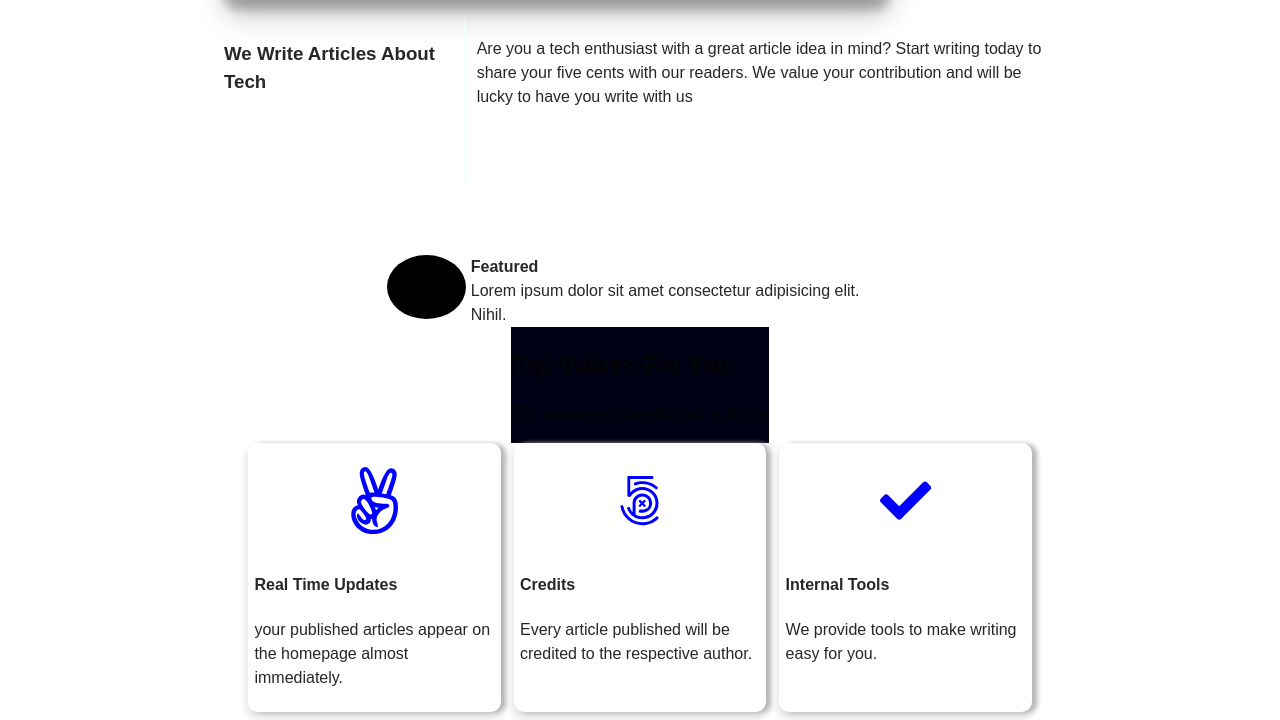
Repository: ValGrace/-static-site
Page: / (app in client/)
An editor plug-in stored every save of this project. The page is shown before and after the next save, followed by the edit.
The browser window is 1280 px wide. The pictures show the part of the page from y = 664 to 1409 px (the page is 1384 px tall before and 1409 px after).
The project was rebuilt for these pictures with package versions that can differ from the ones it lists, and the page was loaded fresh each time. Also part of the build but not shown: client/vite.config.js, client/src/Components/Login.jsx, client/src/Components/Signup.jsx, client/src/Pages/aboutPage.jsx, client/src/Pages/Articles.jsx.

Above is the page before, as saved 2023-07-01 13:26:54.

### client/index.html
<!DOCTYPE html>
<html lang="en">
  <head>
    <meta charset="UTF-8" />
    <link rel="icon" type="image/svg+xml" href="/vite.svg" />
    <meta name="viewport" content="width=device-width, initial-scale=1.0" />
    <title>Static Site Generator</title>

  </head>
  <body>
    <div id="root"></div>
    <script type="module" src="/src/main.jsx"></script>
  </body>
</html>

### client/src/main.jsx
import React from 'react'
import ReactDOM from 'react-dom/client'
import App from './App'
import './index.css'
import { BrowserRouter } from 'react-router-dom'
ReactDOM.createRoot(document.getElementById('root')).render(
  <React.StrictMode>
    <BrowserRouter>
    <App />
    </BrowserRouter>
  </React.StrictMode>,
)

### client/src/App.jsx
import PageRouter from './Routing/PageRouter'
import './App.css'


function App() {

  return (
    <div className="App">
      <PageRouter />
    </div>
  )
}

export default App

### client/src/index.css
:root {
  font-family: 'Acme', sans-serif;
  line-height: 1.5;
  font-weight: 400;

  color-scheme: light dark;
  color: rgba(7, 7, 7, 0.87);
  background-color: #ffffff;

  font-synthesis: none;
  text-rendering: optimizeLegibility;
  -webkit-font-smoothing: antialiased;
  -moz-osx-font-smoothing: grayscale;
  -webkit-text-size-adjust: 100%;
}

/* a {
  font-weight: 500;
  color: #646cff;
  text-decoration: inherit;
}
a:hover {
  color: #535bf2;
}

body {
  margin: 0;
  display: flex;
  place-items: center;
  min-width: 320px;
  min-height: 100vh;
}

h1 {
  font-size: 3.2em;
  line-height: 1.1;
}

button {
  border-radius: 8px;
  border: 1px solid transparent;
  padding: 0.6em 1.2em;
  font-size: 1em;
  font-weight: 500;
  font-family: inherit;
  background-color: #1a1a1a;
  cursor: pointer;
  transition: border-color 0.25s;
}
button:hover {
  border-color: #646cff;
}
button:focus,
button:focus-visible {
  outline: 4px auto -webkit-focus-ring-color;
}

@media (prefers-color-scheme: light) {
  :root {
    color: #213547;
    background-color: #ffffff;
  }
  a:hover {
    color: #747bff;
  }
  button {
    background-color: #f9f9f9;
  }
} */

### client/src/Routing/PageRouter.jsx
import Dashboard from "../Pages/Dashboard";
import HomePage from "../Pages/HomePage";
import { Routes, Route} from "react-router-dom"
import AboutPage from "../Pages/aboutPage";
import Articles from "../Pages/Articles";
const PageRouter = () => {
    return (
        <Routes>
            <Route exact path="/" element={ <HomePage />}/>
            <Route path="/login" element={ <Dashboard />}/>
            <Route path="/about" element={<AboutPage />} />
            <Route path="/articles" element={<Articles />} />

        </Routes>
    )
}

export default PageRouter

### client/src/App.css
.App {
  display: flex;
  flex-direction: column;
  justify-content: center;
  align-items: center;
}

### client/src/Pages/Dashboard.jsx
import React, { useReducer, useState} from 'react'
import Login from '../Components/Login'
import Signup from '../Components/Signup'
import "../Components/Inputs.css"
import { Link, useNavigate } from 'react-router-dom'
// import { useAuth } from '../Context/UserContext'
import { account } from '../Utils/appwrite'
const initialState = {page : <Login />}
function reducer(state, action) {
    switch(action.type) {
        case 'loginpage':
          return { page: <Login />}
        case 'signuppage':
            return { page: <Signup />}
        default:
            return { page: <h2>Loading....</h2>}
    }
}
const Dashboard = () => {
    const [state, dispatch] = useReducer(reducer, initialState)

    const [ error, setError] = useState('')
    const navigate = useNavigate()
    const ghostLogin = async() => {
        try {
            setError('')
            await account.createAnonymousSession();
            navigate("/")
        }
        catch {
             setError("Failed to Create anonymous account")
        }
    }
    return (
        <div className='dashboard'>
         <h2>Static Site Generator</h2>
         <div>Static site Image</div>
      <div className='dash' id='dash'>
            <div className='toggleForms'>
                <button onClick={() => dispatch({type: 'loginpage'})} className="type-btn">Login</button>
                <button onClick={() => dispatch({type: 'signuppage'})} className="type-btn">Signup</button>
                </div>
            <React.Fragment>{state.page}</React.Fragment>

            <button id="auth-btns" onClick={ghostLogin}>Login with Ghost account</button>
            <h5>{error}</h5>
         </div>
         <Link to="/home">Home</Link>
       </div>
    )
}

export default Dashboard

### client/src/Pages/HomePage.jsx
import { useState, useEffect } from "react"
import Navbar from "../Components/Navbar"

import HomeSection from "../Components/HomeSection"
import TopSection from "../Components/TopSection"
import { HomeContext } from "../MdFiles/MdFileContext"

const HomePage = () => {
    const [markdown, setMarkdown] = useState(HomeContext)
    // useEffect(() => {
    //     fetch(HomeContext)
    //        .then((res) => res.text())
    //        .then((text) => setMarkdown(text))
    // })
    const [editor, setEditor] = useState(false)
    const editMdFile =(event) => {
        setMarkdown(event.target.value)

    }

    const viewEditor = () => {
       setEditor(true)
    }

    // const submitForm = () => {
    //     fetch("http://localhost:8080/save", {
    //         method: "POST",
    //         headers: {
    //             "Content-Type": "application/json",
    //         },
    //         body: markdown
    //     })
    // }
    return (
        <>
         <Navbar />
         <TopSection />
         <HomeSection />
         <button onClick={viewEditor} className="btn-edit">Edit</button>
         {editor &&
         <form className="md-edit" method="post" action="/articles/" >
            <textarea value={markdown} onChange={editMdFile} name="md"/>
            {/* <ReactMarkdown>`${markdown}`</ReactMarkdown>  */}
            <div className="md-btns">
                <button id="md-btn" onClick={() => setEditor(false)}>Cancel</button>
                <input type="submit" id="md-btn" value="save" />
            </div>
         </form>
}
        </>
    )
}

export default HomePage

### client/src/Components/Inputs.css
form, #dash {
    width: 80vw;
}
.signupForm, .dash, .dashboard {
   display: flex;
   flex-direction: column;
   justify-content: center;
   align-items: center;
   gap: 0.8em;
}

input, button {
    width: 80%;
    height: 3em;
    background-color: transparent;
    color: black;
}

#sign {
   width: 40vw;
}

.toggleForms {
    display: grid;
    grid-template-columns: 50% 50%;
    gap: 0.4em;
    justify-content: center;
    align-items: center;
}

#inptitle, .article-icons{
   width: 100%;
   border: 0.5px solid rgb(199, 199, 199);
   border-radius: 0.7%;

}

.article-icons {
    width: 79.9vw;
    height: 3em;
    display: flex;
    flex-direction: row;
    align-items: center;
    gap: 0.5em;
}

.article-area {
   margin-top: 0;
   display: flex;
   flex-direction: column;
   height: 90vh;

}

.type-btn {
    background-color: rgb(2, 2, 133);
    border: none;
    width: 20vw;
    border-radius: 8px;
    text-transform: uppercase;
    color: aliceblue;
    font-weight: 700;
}

.type-btn:hover {
   background-color: rgb(1, 1, 22);
}

#auth-btns {
    text-transform: uppercase;
    font-weight: 700;
}

select, option {
    border: 0.08em solid black;
    background-color: transparent;
    font-weight: 500;
    padding: 0.2rem;
}

input[type=file] {
   display: none;
}

label {
    cursor: pointer;
}

### client/src/Utils/appwrite.js
import {Client, Account} from "appwrite"

const client = new Client()

client.setEndpoint("https://cloud.appwrite.io/v1").setProject("64940746ea62d29f596e")

export const account = new Account(client)

### client/src/Components/Navbar.jsx
import { useState } from "react"
import {HiBars3BottomLeft} from 'react-icons/hi2'
import { FaTimes} from 'react-icons/fa'
import { Link} from 'react-router-dom'
import "./Navbar.css"
const Navbar = () => {
    const [clickbar, setClickbar] = useState(false)
    return (
           <>


        <nav id="bar" onClick={()=>setClickbar
        (!clickbar)}>{clickbar ? <>
           <FaTimes size="2em"/>

            <ul>
               <Link to="/"><li>home</li></Link>
                <Link to="/about"><li>about</li></Link>
                <Link to="/articles"><li>articles</li></Link>
                <Link to="/login"><li>Login</li></Link>
            </ul>

        </>: <HiBars3BottomLeft size="2em"/>}
        </nav>

        <nav id="pages">
        <ul>
                <Link to="/"><li>home</li></Link>
                <Link to="/about"><li>about</li></Link>
                <Link to="/articles"><li>articles</li></Link>
            </ul>
            <ul>
                <li><Link to="/login">Login</Link></li>
            </ul>

</nav>
        </>
    )
}

export default Navbar

### client/src/Components/HomeSection.jsx
// import { GrAction, GrFormView, GrFormCheckmark} from 'react-icons/gr'
import { FaAngellist, Fa500Px, FaCheck } from 'react-icons/fa'
const HomeSection = () => {
   return (
    <>
    <div className='footer'>
    <h2>Top Values For You</h2>
    <p>The advantage we offer our authors.</p>
    </div>
    <div className="value-section">
        <div className="single-value">

            <div id="icon-section">
                <FaAngellist size="4.2em" color="blue" fontWeight="200"/>
            </div>

            <h4>Real Time Updates</h4>
            <p>your published articles appear on the homepage almost immediately.</p>
        </div>
        <div className="single-value">
            <div id="icon-section">
                <Fa500Px size="3.2em" color="blue" />
            </div>
            <h4>Credits</h4>
            <p>Every article published will be credited to the respective author.</p>
        </div>
        <div className="single-value">
            <div id="icon-section">
                <FaCheck size="3.2em" color="blue"/>
            </div>
            <h4>Internal Tools</h4>
            <p>We provide tools to make writing easy for you.</p>
        </div>
    </div>
    </>
   )
}

export default HomeSection

### client/src/Components/TopSection.jsx
// import { useState } from "react"
// import axios from "axios"
// import ReactHtmlParser from 'react-html-parser'
const TopSection = () => {


  // useEffect(() => {
  //   async function fetchData() {
  //     const response = await axios.get('/save')
  //     setContent(response.data)
  //   }
  //   fetchData()
  // }, [])
    return (
      <>

      <div className="top-text" id="top-text">
      <h2 id="htitle">Static Site Generator

         </h2>
      <p>Welcome to your number one solution to writing and publishing articles. We generate an optimied web page when you publsih your article and make it available to our thousands of daily readers.</p>
      </div>
      <div className="head-section">
        <div className="head-img">
            <img src="https://images.pexels.com/photos/577585/pexels-photo-577585.jpeg?auto=compress&cs=tinysrgb&w=1260&h=750&dpr=1" alt="sec-photo" />
        </div>

      </div>
      <div className="site-descr">
        <h3>We Write Articles About Tech</h3>
        <div className="site-sep"></div>
        <p>Are you a tech enthusiast with a great article idea in mind? Start writing today to share your five cents with our readers. We value your contribution and will be lucky to have you write with us</p>
      </div>

      <div className="side-section">
            <div className="side-img">
                <img src="" alt=""/>
            </div>
            <div className="side-blogs">
                <h4>Featured</h4>
                <p>Lorem ipsum dolor sit amet consectetur adipisicing elit. Nihil.</p>
            </div>
        </div>
      </>
    )
}

export default TopSection

### client/src/MdFiles/MdFileContext.js


export const HomeContext = `
---
title: Modify this Blog Title

featured_image: https://images.pexels.com/photos/577585/pexels-photo-577585.jpeg?auto=compress&cs=tinysrgb&w=1260&h=750&dpr=1
description: Lorem ipsum dolor sit amet consectetur adipisicing elit. Soluta beatae, nam laboriosam voluptatum perspiciatis impedit esse quas molestiae cupiditate voluptatem iste quasi dolor.
---
Lorem ipsum dolor sit amet, consectetur adipisicing elit. Impedit illo aspernatur dicta qui, repellat, placeat non consectetur pariatur repellendus reprehenderit voluptatum, molestias cumque facere quisquam.

`

### client/src/Components/InfoPage.css
#about-page {
    font-size:2rem;
    text-transform: capitalize;

    width: 80vw;

    text-align: center;
}

.about-mid {
   display: flex;
   gap: 0.4rem;
   flex-wrap: wrap;
   flex-direction: column;
}

.about-info, .abt-context {
    /* width: 25vw; */
    display: flex;
    flex-direction: column;

}
#context {
    width: 75vw;
}

.abt-img {
    background-color: rgba(54, 4, 4, 0.685);
    width: 40vw;

}

.abt-img > img {
    width: 100%;
    height: 100%;
}


.md-editor {
    width: 80vw;
    height: 90vh;
    margin: auto;
    display: flex;
    flex-direction: column;
    border: 0.5px solid rgb(97, 97, 97);

}

.footer {
    background-color: rgb(1, 1, 22);
}

#txtarea {
    resize: none;
    width: 100%;
    height: 60vh;
    background-color: transparent;
    border: none;
    font-family: 'Acme', sans-serif;
}
.md-edit {
    position: absolute;
    width: 80vw;
    height: 90vh;
    top: 10%;
    background-color: rgb(0, 0, 0);
    display: flex;
    flex-direction: column;
    align-items: center;
    gap: 0.4em;
}

.md-edit > textarea {
    resize: none;
    width: 90%;
    height: 80%;
    background-color: rgb(29, 28, 28);
    color: rgba(240, 248, 255, 0.932);
    border-radius: 8px;
    border: none;

}

.md-btns {
    display: flex;
   justify-content: center;
   align-items: center;
    gap: 0.7em;
    width: 90%;
}

#md-btn {
    width: 30%;
    background-color: rgb(71, 71, 71);
    color: rgb(218, 218, 218);
    text-transform: uppercase;
    font-weight: 400;
    border: none;
    border-radius: 0.2em;

}
@media screen and (min-width: 670px) {
    #abt-info {
        flex-direction: row-reverse;
    }
    .about-info, .abt-context {
        flex-direction: row;
        justify-content: center;
        gap: 0.8em;

    }
    .abt-pg {
        display: flex;
        flex-direction: column;
        width: 40vw;
    }
    .abt-img {
        width: 40vw;
    }

}

### client/src/Components/Navbar.css
nav {
    width: 70vw;
    height: 20vh;
    display: flex;
}

nav > ul{
  display: flex;
  flex-direction: row;
  text-transform: uppercase;
  list-style-type: none;
  justify-content: center;
  align-items: center;
  gap: 4em;
  font-weight: 600;
  font-size: 1.5rem;
  flex-grow: 1;
}

#top-text {
    width: 65vw;
}

#top-text > h2 {
    font-size: 4.5rem;
    text-transform: capitalize;
    margin: 0;
    /* float: left; */
}

#top-text > p {
    float: right;

}

.head-section {
    display: flex;
    width: 65vw;
    gap: 0.5em;
    flex-wrap: wrap;
}

.head-img {
    background-color: rgb(14, 13, 29);
    width: 80%;
    border-radius: 0.9em;
    height: 45vh;
    box-shadow: rgba(0, 0, 0, 0.25) 0px 14px 28px, rgba(0, 0, 0, 0.22) 0px 10px 10px;
}

.head-img > img {
    width: 100%;
    height: 100%;
    border-radius: 0.9em;
}

.side-section {
    display: flex;
    flex-direction: row;
    gap: 0.3rem;
    width: 40%;
}

.side-img {
    background-color: black;
    width: 5rem;
    height: 4rem;
    border-radius: 50%;
}

.side-blogs > h4, .side-blogs > p {
    margin: 0;
}

.btn-edit {
    position: fixed;
    right: 5%;
    bottom: 20%;
    width: auto;
    padding: 8px;
    background-color: rgb(2, 2, 39);
    color: aliceblue;
    text-transform: uppercase;
    font-weight: 600;
    border: none;
    border-radius: 8px;
}
.site-descr {
    width:65vw;

    border-radius: 9px;
    margin-top: 0.9rem;
    display: flex;
    /* gap: 0.4rem; */
    padding: 0.4rem;
    height: 25vh;
    margin-bottom: 3em;
}

#pages > ul {

    flex-direction: column;
}

.site-descr > p {
    width: 75%;
}
.site-sep {
    width: 0.1rem;
    height: 90%;
    background-color: azure;
    margin-right: 0.7rem;
}


.value-section {
   width: 80vw;
    display: flex;
    gap: 0.8rem;
    flex-wrap: wrap;
    justify-content: center;
    align-items: center;
}

.single-value {
    box-shadow:
		5px 1px 5px rgb(184, 181, 181),
        0 5px 7px 2px rgba(221, 218, 218, 0.733);
    border-radius: 10px;
    padding: 0.4em;
    width: 15em;
    height: 16em;
}

#icon-section {
    width: 100%;
    height: 40%;
    display:flex;
    justify-content: center;
    align-items: center;
}



@media screen and (min-width: 1200px) {
    #bar {
      display: none;
    }
    #pages > ul{
        flex-direction: row;
    }

  }

@media screen and (max-width: 1200px) {
    #pages {
      display: none;
    }
   #bar {
        flex-direction: column;

    }
    #bar > ul {
        flex-direction: column;
        gap: 2em;
        background-color: rgba(255, 255, 255, 0.979);
        color: rgb(2, 6, 56);
        width: 90vw;
        height: 70vh;
        position: absolute;
        top: 0;
        right: 0;
    }
}

After the next save:
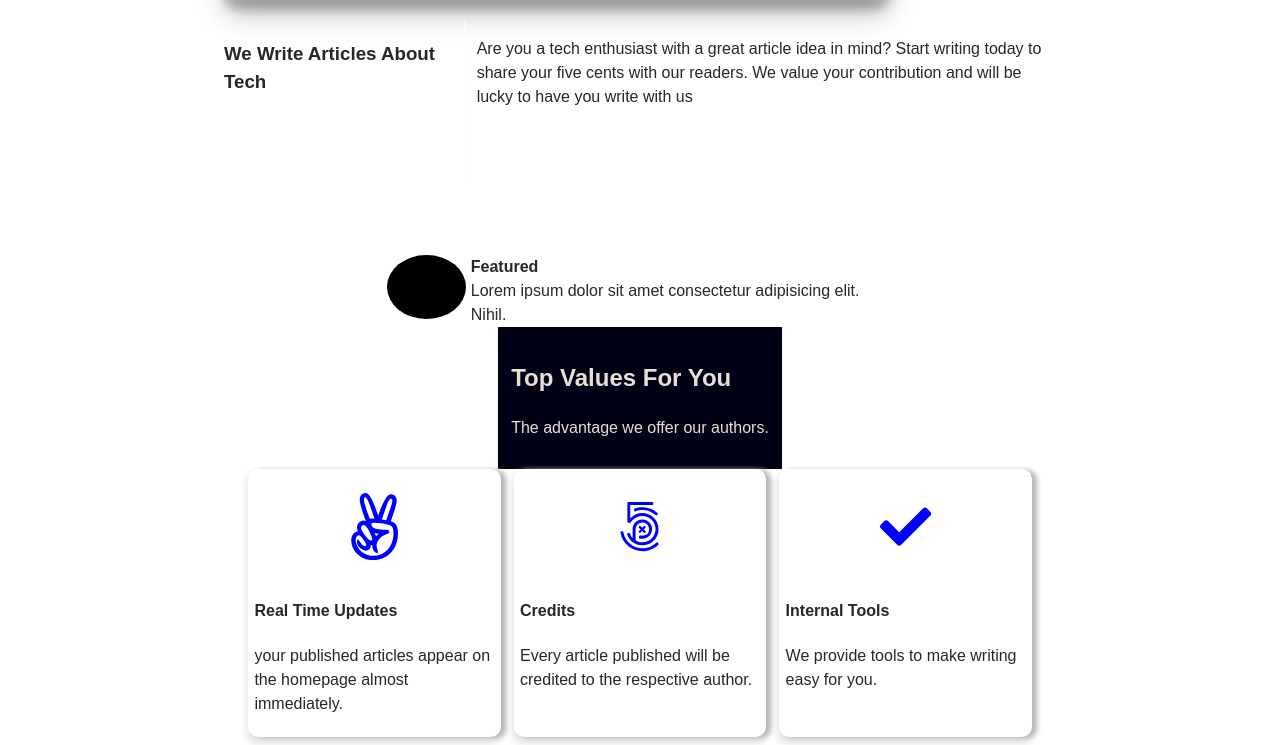
Saved 78 s later.
--- a/client/src/Components/InfoPage.css
+++ b/client/src/Components/InfoPage.css
@@ -48,6 +48,8 @@
 
 .footer {
     background-color: rgb(1, 1, 22);
+    padding: 0.8em;
+    color: rgba(247, 237, 225, 0.938);
 }
 
 #txtarea {
